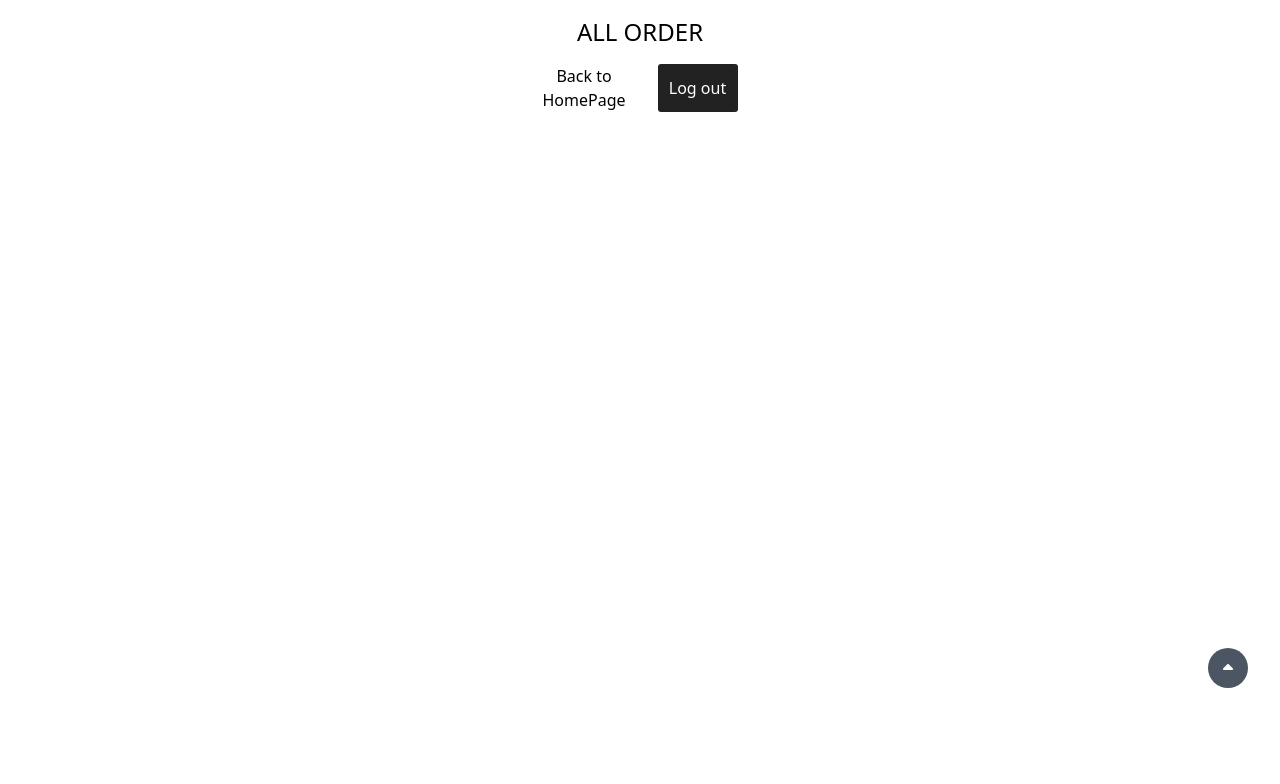
Repository: Kith933UTH/VSHOP
Page: /user
An editor plug-in stored every save of this project. The page is shown before and after the next save, followed by the edit.
The browser window is 1280 px wide. The pictures show the whole page.
The project was rebuilt for these pictures with package versions that can differ from the ones it lists, and the page was loaded fresh each time. Also part of the build but not shown: src/components/product-item/ProductItem.js, src/components/loader/Loader.js, src/constants/constants.js, src/components/product-filters/Category.js, src/components/product-filters/Price.js, src/components/product-filters/Rating.js, src/components/product-filters/ProductFilters.js, src/components/cart-shopping/CartEmpty.js and 24 more.

Above is the page before, as saved 2023-08-05 23:47:20.

After the next save:
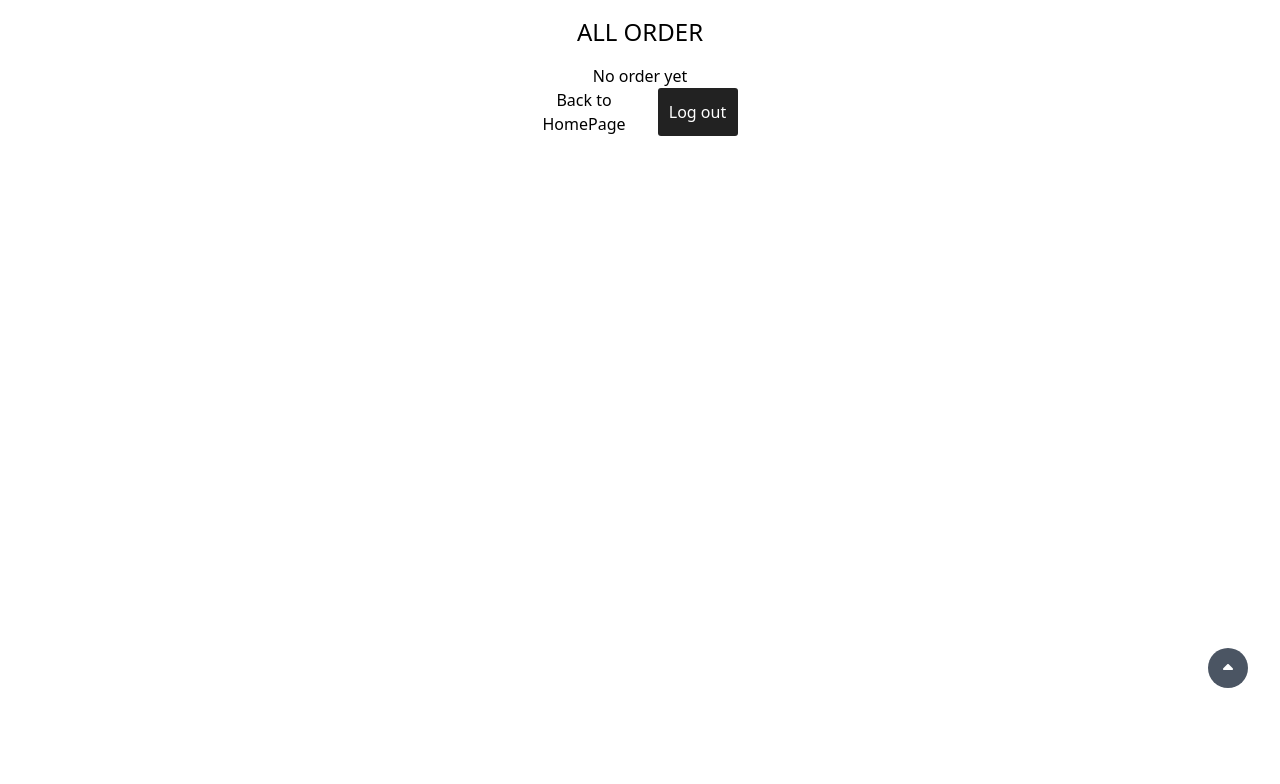
Saved 22 s later.
--- a/src/components/user/User.js
+++ b/src/components/user/User.js
@@ -32,7 +32,7 @@ export function User() {
         <div>
         <div className="text-2xl font-medium text-center py-4">ALL ORDER</div>
         <div className={`min-w-[400px] min-h-screen flex flex-col items-center`}>
-            {!order
+            {!(order === [])
             ? 'No order yet'
             : order.map((items, index) =>
             <div key={index} className="border-2 rounded border-black mb-10 w-4/5">
